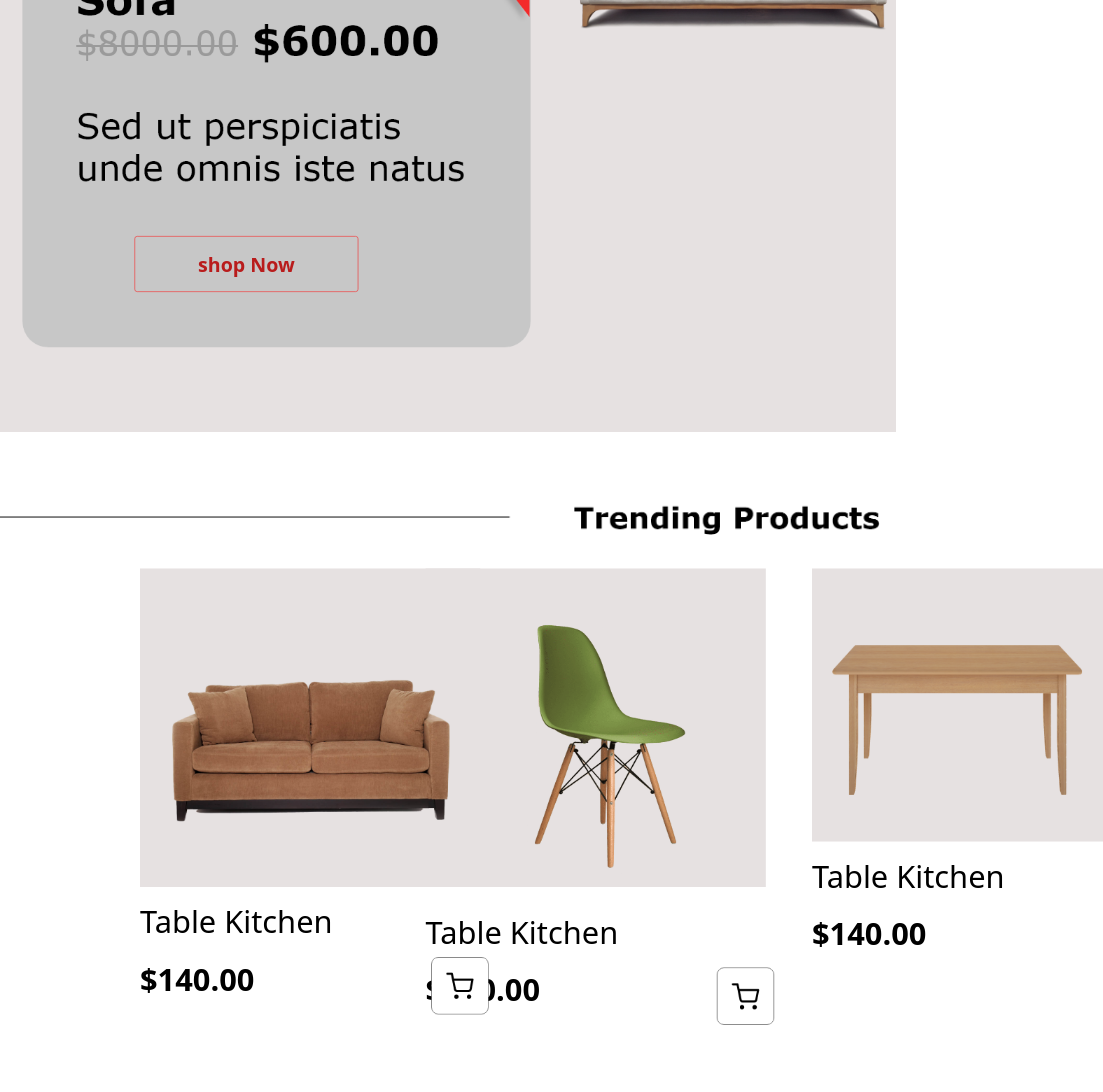
Repository: MEROO1010/creative_home
Page: /
The author's editor kept a copy of each file at every save. The page is drawn from the files as they stood at one save, then again after the next save.
The browser window is 1280 px wide. The page is 1576 px wide, so the pictures cover 1576 px, including what lies to the right of the window. The pictures show the part of the page from y = 2213 to 3773 px (the page is 3773 px tall), at 70% of full size.
The project was rebuilt for these pictures with package versions that can differ from the ones it lists, and the page was loaded fresh each time. The framework's server and built-in components were replaced by stand-ins that run in the browser. Also part of the build but not shown: next.config.js.

Above is the page before, as saved 2022-12-14 09:57:48.

After the next save:
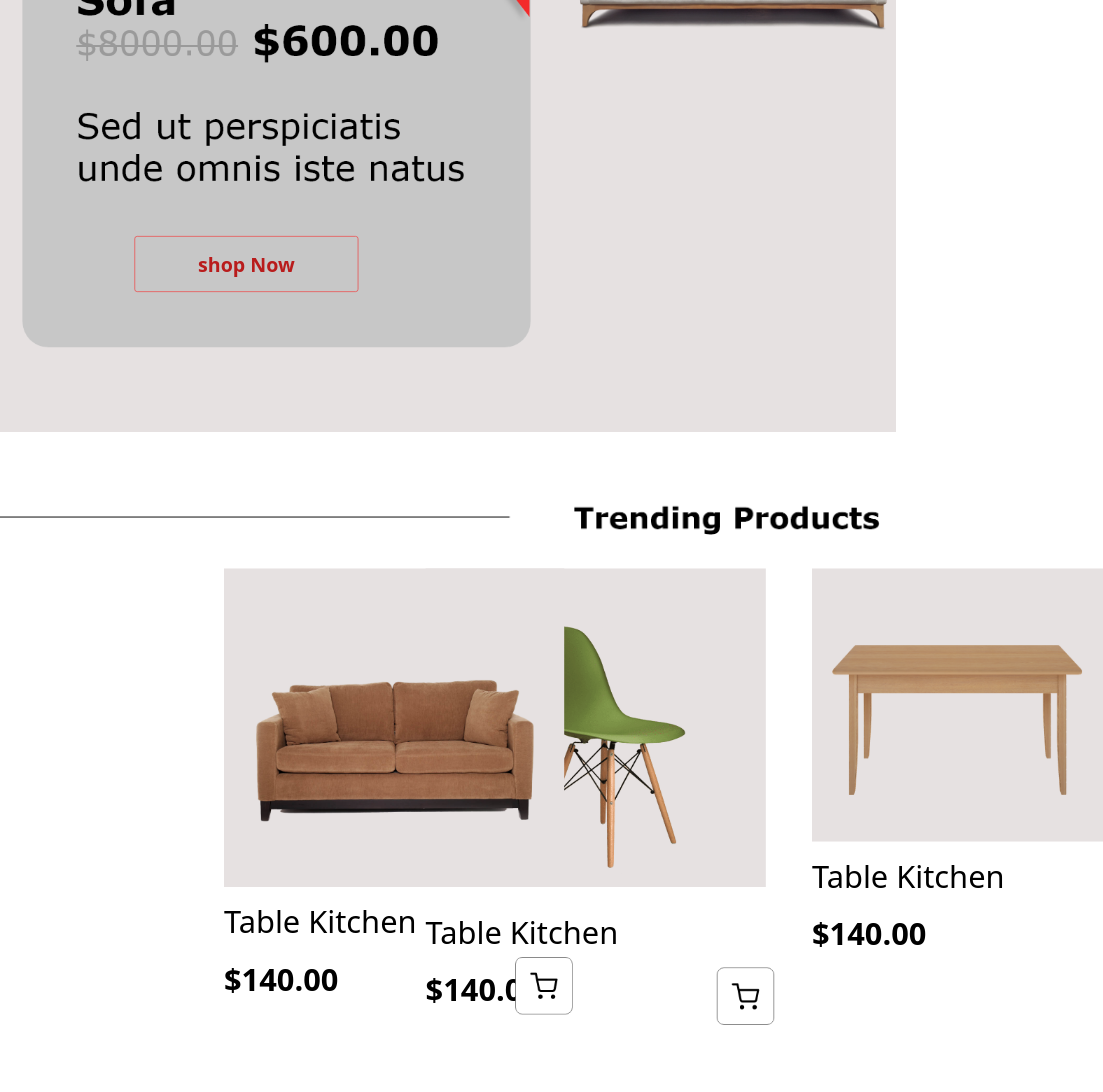
Saved 4 s later.
--- a/components/TrendingProducts.tsx
+++ b/components/TrendingProducts.tsx
@@ -36,7 +36,7 @@ const TrendingProducts = () => {
      </div>
 
       {/*brown chouch */}
-      <div className='absolute ml-10 mt-12 pl-10  left-20'>
+      <div className='absolute ml-10 mt-12 pl-40  left-20'>
        <div className='ml-10   '>
        <Image src={brownSofa} alt=''/>
        <h1 className='text-[44px]  mt-4  font-verdana'>Table Kitchen</h1>
